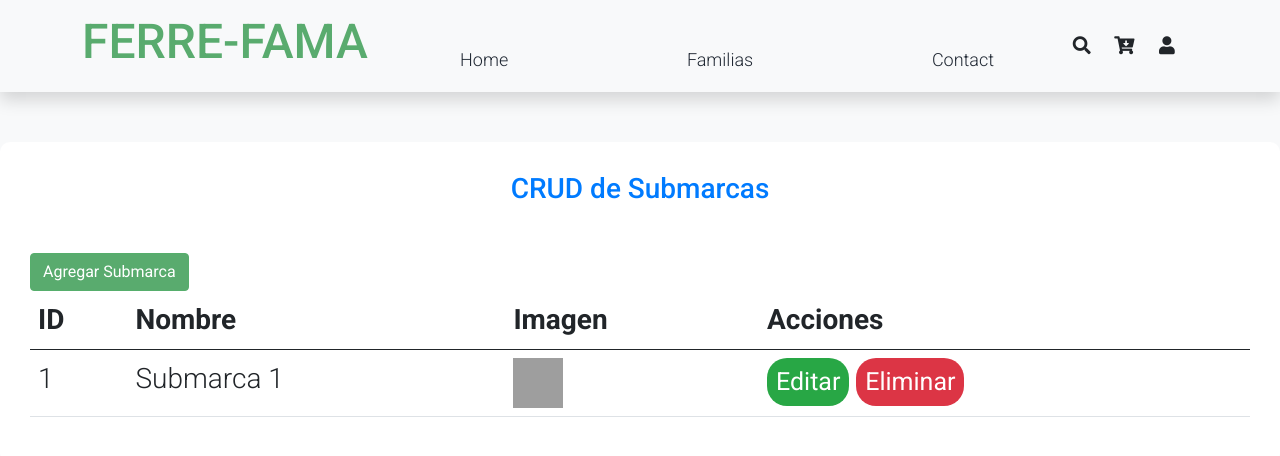
Repository: Yaqode/front-fama
Page: http://localhost/multimedia/Views/marcas.php
The author's editor kept a copy of each file at every save. The page is drawn from the files as they stood at one save, then again after the next save.
The browser window is 1280 px wide. The pictures show the whole page.
Pictures or frames that could not be fetched are drawn as grey boxes. The page is run by PHP 8.4 with error messages shown; the project is at /var/www/html/.

Above is the page before, as saved 2023-12-06 21:57:30.

After the next save:
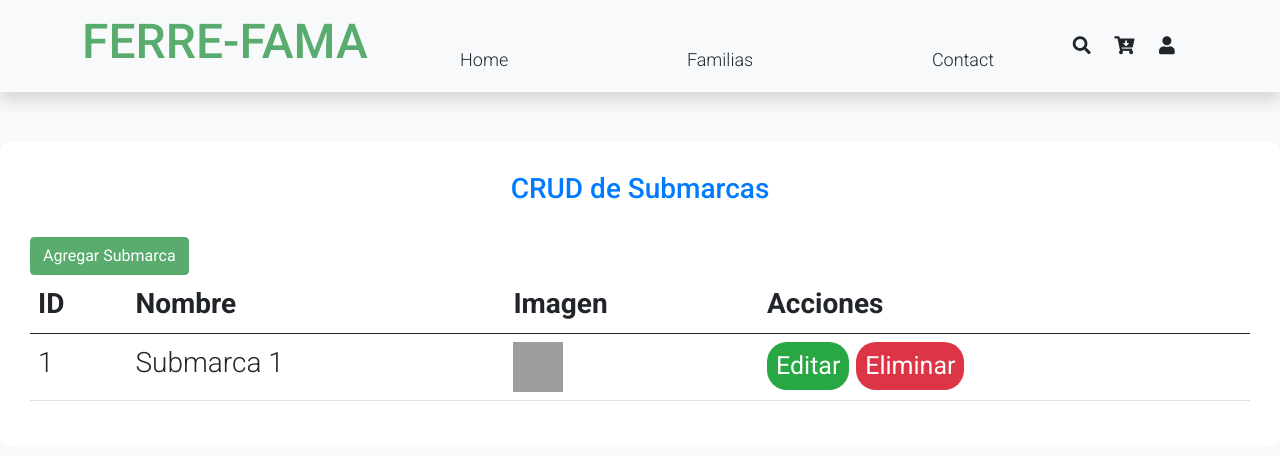
Saved 10 s later.
--- a/Views/marcas.php
+++ b/Views/marcas.php
@@ -121,7 +121,7 @@
 
 
 <div class="containerr">
-    <h2 class="mb-4">CRUD de Submarcas</h2>
+    <h2 class="mb-6">CRUD de Submarcas</h2>
 
     <!-- Botón para abrir el modal de agregar submarca -->
     <button type="button" class="btn btn-success text-white mt-4" data-bs-toggle="modal"

After the 6 saves that followed:
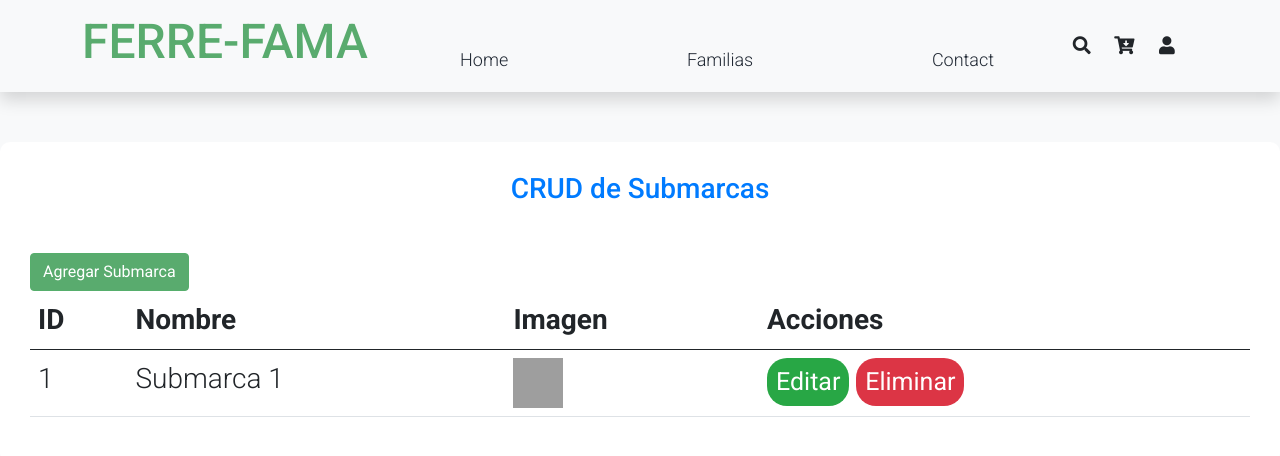
The 6 saves are shown as one change because 3 left the picture as it was and some came seconds apart.
The last was saved 12 min 26 s later.
--- a/Views/marcas.php
+++ b/Views/marcas.php
@@ -121,7 +121,7 @@
 
 
 <div class="containerr">
-    <h2 class="mb-6">CRUD de Submarcas</h2>
+    <h2 class="mb-4">CRUD de Submarcas</h2>
 
     <!-- Botón para abrir el modal de agregar submarca -->
     <button type="button" class="btn btn-success text-white mt-4" data-bs-toggle="modal"
